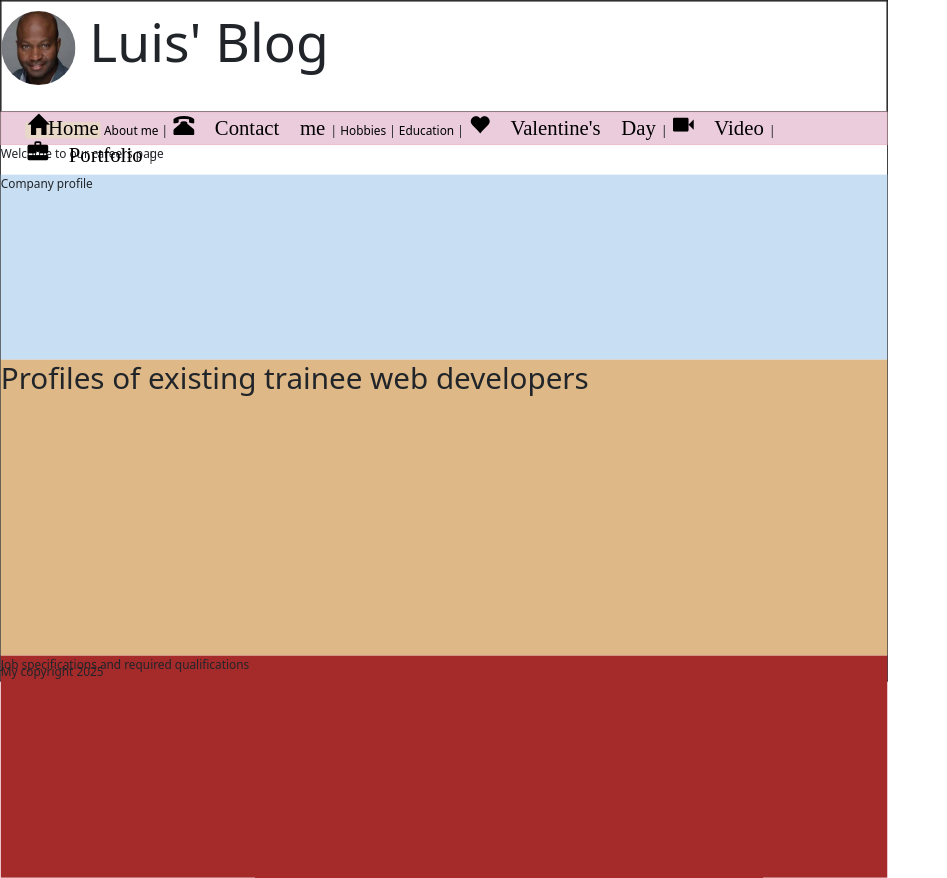
Repository: Apex-03/Apex-03.github.io
Page: careers.html
An editor plug-in stored every save of this project. The page is shown before and after the next save, followed by the edit.
The browser window is 1280 px wide. The pictures show the whole page, at 74% of full size.

Above is the page before, as saved 2025-05-02 14:06:48.

### careers.html
<!doctype html>
<html lang="en-GB">

<head>
<meta charset="utf-8" />
<meta name="viewport" content="width=width-device, initial-scale=1 strink-to-fit=no" />
<meta description="Website development, Web design" />
<title>Luis's Blog </title>
<link rel="stylesheet" type="text/css" href="mycss/myblog.css" />
<script type="text/javascript" src="myjsfiles/mytasks.js"/> </script>

<link rel="stylesheet" type="text/css" href="my_bootstrap/css/bootstrap.min.css" />

<link rel="stylesheet" type="text/css" href="glyphicons-only-bootstrap/css/bootstrap.min.css" />

<script type="text/javascript" src="my_bootstrap/js/bootstrap.min.js" /> </script>

<script type="text/javascript" src="my_jquery/jquery-3.7.1.min.js" /> </script>




</head>
<body>
<div id="mypage">
<div id="banner"> <img src="images/luis_photo.jpg" alt="photo of Luis Ibhiabor" width="100" height="100"/> Luis' Blog</div>
<div id="topnav">
<ul>
<li class="hm"> <a href="#" class="glyphicon glyphicon-home gi-2x">Home</a></li>
<li> <a href="#"> About me </a> </li> |
<li> <a href="#" class="glyphicon glyphicon-phone-alt gi-2x"> Contact me </a> </li> |
<li> <a href="#"> Hobbies </a> </li> |
<li> <a href="#"> Education </a> </li> |
<li> <a href="#" class="glyphicon glyphicon-heart gi-2x"> Valentine's Day</a> </li> |
<li> <a href="#" class="glyphicon glyphicon glyphicon-facetime-video gi-2x"> Video </a> </li> |
<li> <a href="#" class="glyphicon glyphicon glyphicon-briefcase gi-2x"> Portfolio </a> </li> |


</ul>
</div>

<div id="contentarea">
<p> Welcome to our careers page</p>

<div class="company_profile"><p>Company profile</p></div>

<div class="current_trainees"><h1>Profiles of existing trainee web developers</h1></div>

<div class="job_spec"><p>Job specifications and required qualifications</p></div>



 </div>

<div id="pagefooter"> My copyright 2025 </div>

</div>
</body>
</html>

### mycss/myblog.css

body {
background-color: #fff;
font-family: Arial, Helvetica, sans-serif;
}

#mypage {
border: 1px solid #000;
width: 1200px;
}

#banner {
height: 150px;
border: 1px solid #000;
}

#topnav {
height: 45px;
border: 1px solid #edbcca;
}

/*Improving it starts here*/
#topnav {
background-color: #eaccdc;

}

.gi-2x{font-size: 28px; padding: 3px;}
.gi-3x{font-size: 3em;}
.gi-4x{font-size: 4em;}
.gi-5x{font-size: 5em;}


#banner img {
border-radius: 50%;

/*height: 100px; width: 100px; background-color: #ff5733; margin: auto;*/
}

/*Improving it ends here*/


#topnav ul li{
text-decoration: none;
display: inline;
}

#topnav a:link {
text-decoration: none;
color: #000;
}

#topnav a:visited {
color: #caadce;
}

#topnav a:hover {
background-color: #000;
}

#contentarea {
height: 700px;

}


#banner {
font-size: 450%;

}

.hm {
height: 25px;
background-color: #e8d8c8;
}










/*
#topnav ul li {
text-decoration: none;
display: inline;

}

https://developers.google.com/fonts/docs/getting_started

#mypage {


border: 1px solid #000;
}

*/

.company_profile {
    width: 100%;
    height: 250px;
    background-color: #c8def2;
}

.current_trainees {
    width: 100%;
    height: 400px;
    background-color:burlywood;
}

.job_spec {
    width: 100%;
    height: 300px;
    background-color:brown;
}

### myjsfiles/mytasks.js
/*
document.write("Hello World!");
window.alert("Welcome to my blog!");
*/

Loaded but not shown: my_bootstrap/css/bootstrap.min.css (library); glyphicons-only-bootstrap/css/bootstrap.min.css (library); my_bootstrap/js/bootstrap.min.js (library); my_jquery/jquery-3.7.1.min.js (library)

After the next save:
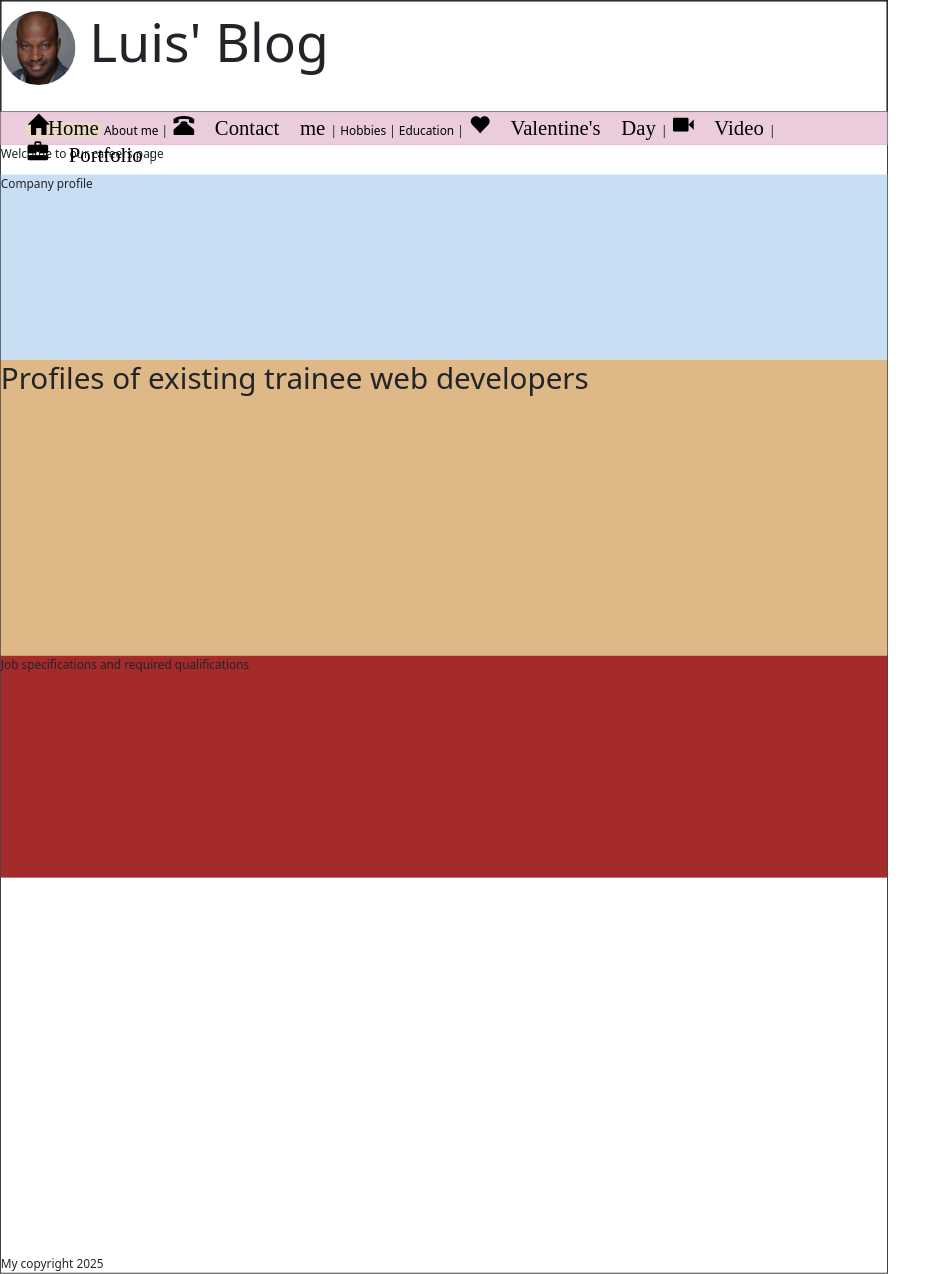
Saved 58 s later.
--- a/mycss/myblog.css
+++ b/mycss/myblog.css
@@ -59,7 +59,7 @@ background-color: #000;
 }
 
 #contentarea {
-height: 700px;
+height: 1500px;
 
 }
 
